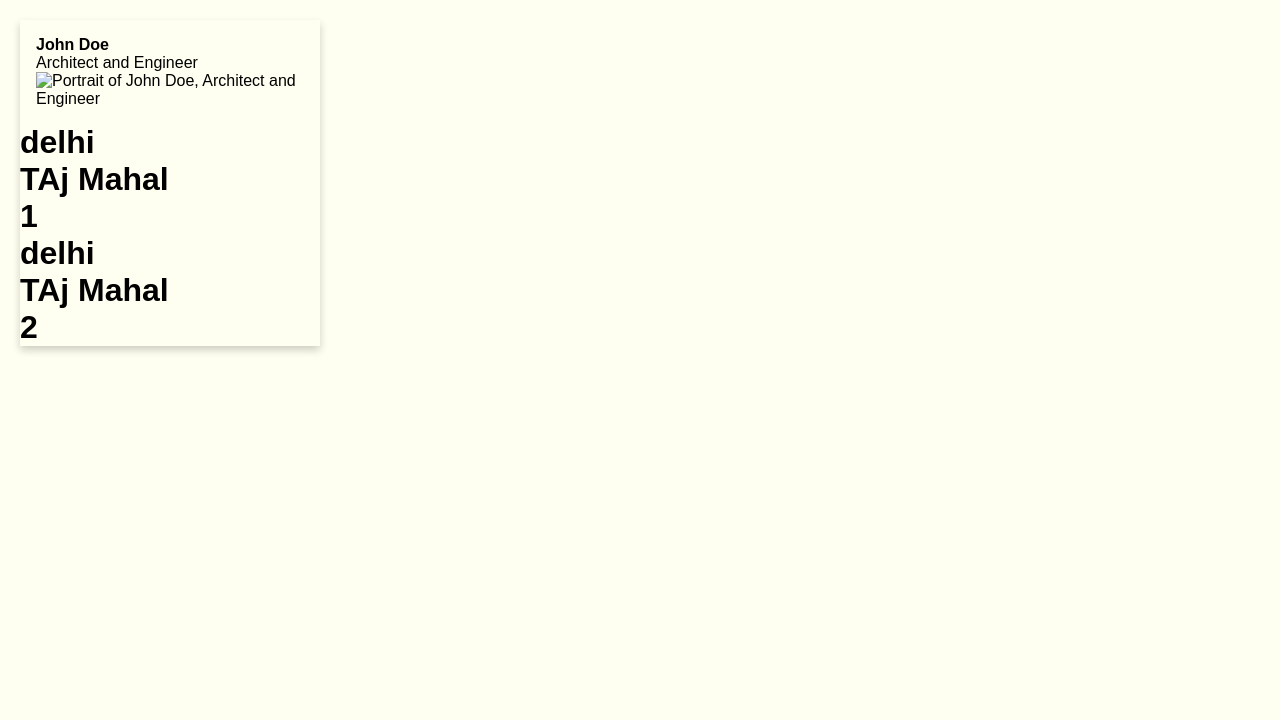
Repository: Muskan1Kumari4draw/React-app-with-concept
Page: /
An editor plug-in stored every save of this project. The page is shown before and after the next save, followed by the edit.
The browser window is 1280 px wide. The pictures show the whole page.
The project was rebuilt for these pictures with package versions that can differ from the ones it lists, and the page was loaded fresh each time.

Above is the page before, as saved 2024-09-29 14:45:26.

### src/App.js
import React from 'react';
import Restaurant from  "./component/Basic/Restaurant";
const App = () => {
  return <Restaurant/> ;
};

export default App

### src/component/Basic/Restaurant.js
import React from 'react';
import "./style.css";
import data from './restaurant.json'
const Restaurant = () => {
  return (
    <>
      <div className="card">
        <div className="container">
          <span className="card-title"><b>John Doe</b></span>
          <p className="description">Architect and Engineer</p>
          <img  alt="Portrait of John Doe, Architect and Engineer" />
        </div>
      <div>
        {
          data.map((item, index) =>{
            return (
              <div key ={index}>
                <h1>{item.placeName}</h1>
                <h1>{item.Monument}</h1>
                <h1>{item.id}</h1>
              </div>
            )
          })
        }
      </div>
      </div>
    </>
  );
};

export default Restaurant;

### src/component/Basic/style.css
* {
  margin: 0;
  padding: 0;
  box-sizing: border-box;
}

body {
  background: rgb(255, 255, 241);
  font-family: Arial, sans-serif;
}

/* Navbar Styling */
.navbar {
  margin: auto;
  background: #fff;
  height: 50px;
  box-shadow: 0 4px 8px 0 rgba(0, 0, 0, 0.2);
  display: flex;
  justify-content: center;
  align-items: center;
}

.menu-nav {
  display: flex;
  justify-content: center;
}

.navbar a {
  color: #333;
  text-align: center;
  padding: 14px 16px;
  text-decoration: none;
  font-size: 17px;
  margin: auto;
}

/* Card Styling */
.card {
  box-shadow: 0 4px 8px 0 rgba(0, 0, 0, 0.2);
  transition: 0.3s;
  width: 300px;
  height: auto;
  margin: 20px;
}

.card:hover {
  box-shadow: 0 8px 16px 0 rgba(0, 0, 0, 0.2);
}

.container {
  padding: 16px;
}

.container img {
  width: 100%;
  height: auto;
  display: block;
}

.section-div {
  display: flex;
  flex-wrap: wrap;
  justify-content: center;
  align-items: center;
}

/* Responsive Media Queries */
@media screen and (max-width: 768px) {
  /* Stack the navbar links vertically on small screens */
  .navbar {
    flex-direction: column;
    height: auto;
  }

  .menu-nav {
    flex-direction: column;
  }

  .navbar a {
    padding: 10px;
    font-size: 15px;
    margin: 5px 0;
  }

  /* Adjust card layout on small screens */
  .card {
    width: 90%;
    margin: 10px;
  }

  /* Adjust font size and padding */
  .container {
    padding: 10px;
  }
}

@media screen and (max-width: 480px) {
  /* Further adjustments for very small screens */
  .navbar a {
    font-size: 14px;
    padding: 8px;
  }

  .card {
    width: 100%;
    margin: 10px;
  }

  .container h4 {
    font-size: 18px;
  }

  .container p {
    font-size: 14px;
  }
}  * {
      margin: 0;
      padding: 0;
      box-sizing: border-box;
    }

    body {
      background: rgb(255, 255, 241);
      font-family: Arial, sans-serif;
    }

    /* Navbar Styling */
    .navbar {
      margin: auto;
      background: #fff;
      height: 50px;
      box-shadow: 0 4px 8px 0 rgba(0, 0, 0, 0.2);
      display: flex;
      justify-content: center;
      align-items: center;
    }

    .menu-nav {
      display: flex;
      justify-content: center;
    }

    .navbar a {
      color: #333;
      text-align: center;
      padding: 14px 16px;
      text-decoration: none;
      font-size: 17px;
      margin: auto;
    }

    /* Card Styling */
    .card {
      box-shadow: 0 4px 8px 0 rgba(0, 0, 0, 0.2);
      transition: 0.3s;
      width: 300px;
      height: auto;
      margin: 20px;
    }

    .card:hover {
      box-shadow: 0 8px 16px 0 rgba(0, 0, 0, 0.2);
    }

    .container {
      padding: 16px;
    }

    .container img {
      width: 100%;
      height: auto;
      display: block;
    }

    .section-div {
      display: flex;
      flex-wrap: wrap;
      justify-content: center;
      align-items: center;
    }

    /* Responsive Media Queries */
    @media screen and (max-width: 768px) {
      /* Stack the navbar links vertically on small screens */
      .navbar {
        flex-direction: column;
        height: auto;
      }

      .menu-nav {
        flex-direction: column;
      }

      .navbar a {
        padding: 10px;
        font-size: 15px;
        margin: 5px 0;
      }

      /* Adjust card layout on small screens */
      .card {
        width: 90%;
        margin: 10px;
      }

      /* Adjust font size and padding */
      .container {
        padding: 10px;
      }
    }

    @media screen and (max-width: 480px) {
      /* Further adjustments for very small screens */
      .navbar a {
        font-size: 14px;
        padding: 8px;
      }

      .card {
        width: 100%;
        margin: 10px;
      }

      .container h4 {
        font-size: 18px;
      }

      .container p {
        font-size: 14px;
      }
    }

### src/component/Basic/restaurant.json
[
  {
    "placeName":"delhi",
    "Monument":"TAj Mahal",
    "id":1
  },
  {
    "placeName":"delhi",
    "Monument":"TAj Mahal",
    "id":2
  }
]

Loaded but not shown: public/index.html (common file); src/index.js (common file); src/reportWebVitals.js (common file)

After the next save:
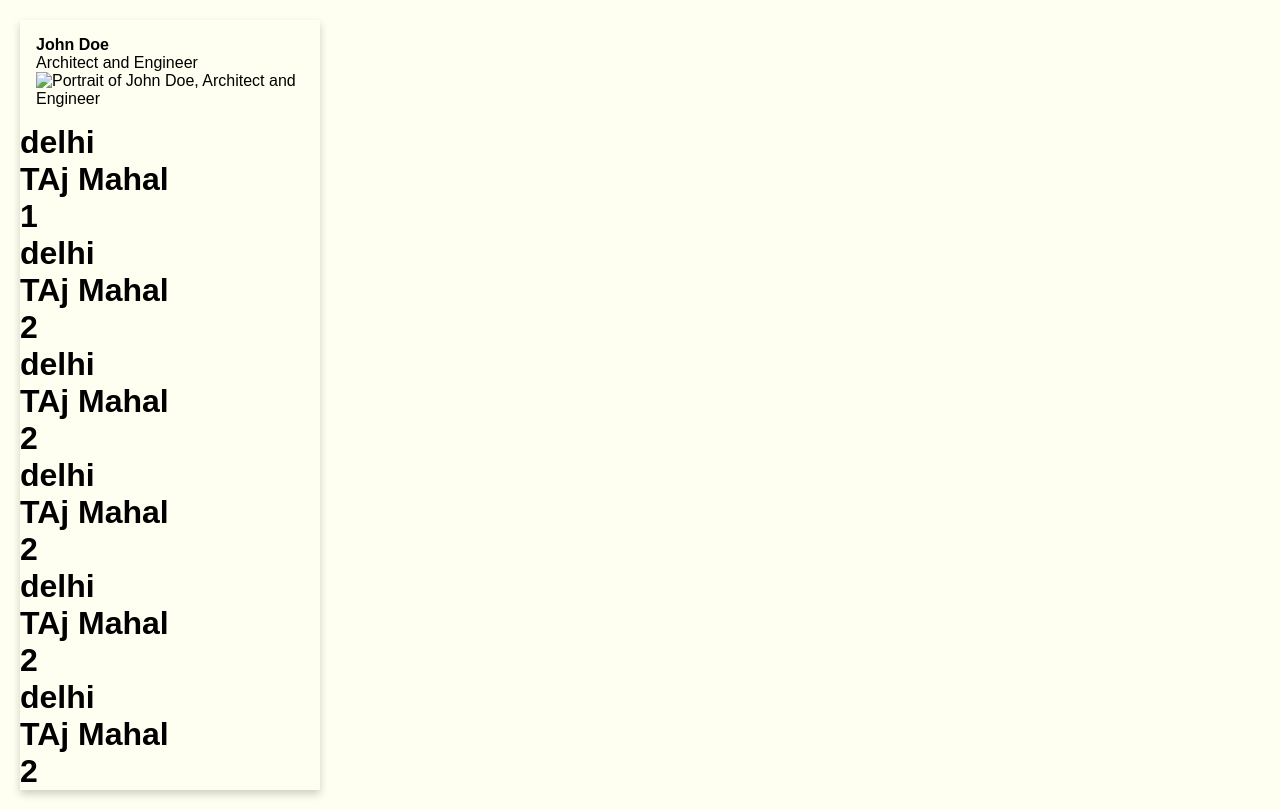
Saved 28 s later.
--- a/src/component/Basic/restaurant.json
+++ b/src/component/Basic/restaurant.json
@@ -8,5 +8,25 @@
     "placeName":"delhi",
     "Monument":"TAj Mahal",
     "id":2
+  },
+  {
+    "placeName":"delhi",
+    "Monument":"TAj Mahal",
+    "id":2
+  },
+  {
+    "placeName":"delhi",
+    "Monument":"TAj Mahal",
+    "id":2
+  },
+  {
+    "placeName":"delhi",
+    "Monument":"TAj Mahal",
+    "id":2
+  },
+  {
+    "placeName":"delhi",
+    "Monument":"TAj Mahal",
+    "id":2
   }
 ]
